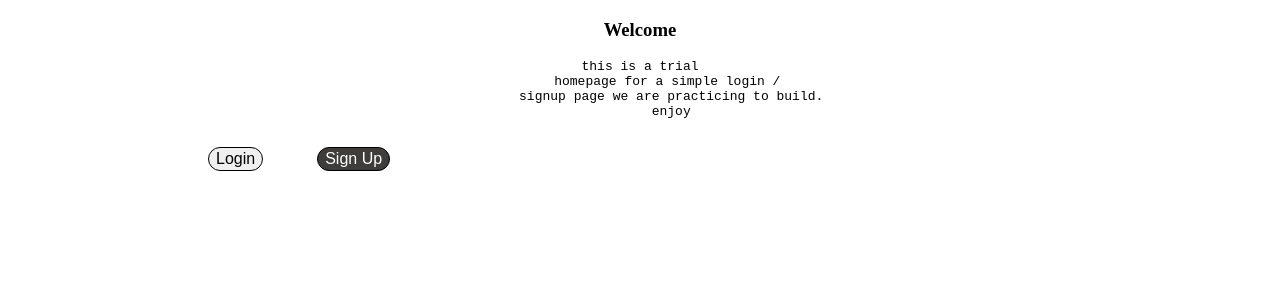
Repository: yhung004/TUTORIAL_PAGE
Page: home.html
An editor plug-in stored every save of this project. The page is shown before and after the next save, followed by the edit.
The browser window is 1280 px wide. The pictures show the whole page.

Above is the page before, as saved 2024-04-10 00:05:05.

### home.html
<!DOCTYPE html>
<html lang="en">
<head>
    <meta charset="UTF-8">
    <meta name="viewport" content="width=device-width, initial-scale=1.0">
    <title>Document</title>
    <link rel="stylesheet" href="main.css">
</head>
<body>
    <h3 class="welcome">Welcome</h3>
    <pre class="welcome_text">this is a trial
        homepage for a simple login /
        signup page we are practicing to build.
        enjoy
    </pre>
    <button class="button_a">
        Login
    </button>
    <button class="button_b">
        Sign Up
    </button>
</body>
</html>

### main.css
.welcome{
    text-align: center;
}
.welcome_text {
    text-align:center;
}
.button_a {
    position: relative;
    margin: 0 -200px 0 200px;
    border: 1px solid black;
    background-color:none;
    border-radius: 20px;
    font-size: medium;
    padding: 2px 7px 2px 7px;
}
.button_b {
    position: relative;
    margin: 0 -250px 0 250px;
    border : 1px solid black;
    border-radius: 20px;
    background-color: rgb(63, 60, 60);
    color:white;
    font-size: medium;
    padding: 2px 7px 2px 7px;
}

After the next save:
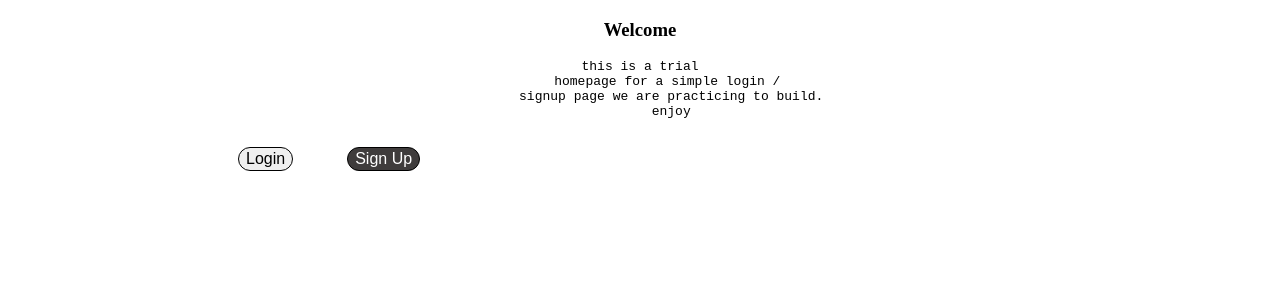
Saved 45 s later.
--- a/main.css
+++ b/main.css
@@ -6,7 +6,7 @@
 }
 .button_a {
     position: relative;
-    margin: 0 -200px 0 200px;
+    margin: 0 -200px 0 230px;
     border: 1px solid black;
     background-color:none;
     border-radius: 20px;
